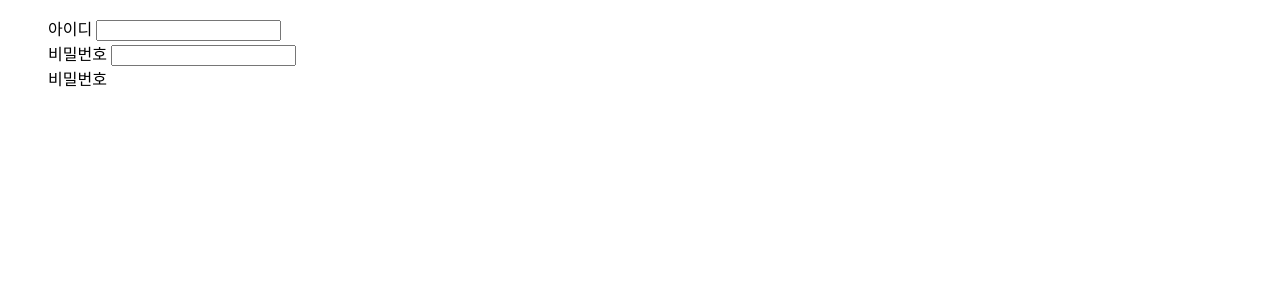
Repository: KyoungHwanJeong/jspworks
Page: http://localhost/jwbook/bean/loginForm_11_21.jsp
The author's editor kept a copy of each file at every save. The page is drawn from the files as they stood at one save, then again after the next save.
The browser window is 1280 px wide. The pictures show the whole page.
The page is served by Tomcat 9. Other server files are loaded and not shown.

Above is the page before, as saved 2023-11-21 03:11:42.

### jwbook/src/main/webapp/bean/loginForm_11_21.jsp
<%@ page language="java" contentType="text/html; charset=UTF-8"
    pageEncoding="UTF-8"%>
<!DOCTYPE html>
<html>
<head>
<meta charset="UTF-8">
<title>로그인 폼</title>
<style type="text/css">
	ul li{list-style: none;}
</style>
</head>
<body>
	<form action="loginProcess.jsp">
		<ul>
			<li>
				<label for="uid">아이디 </label>
				<input type="text" id="uid" name="uid">
			</li>
			<li>
				<label for="passwd">비밀번호 </label>
				<input type="text" id="passwd" name="passwd">
			</li>
			<li>
				<label for="passwd">비밀번호 </label>
			</li>
		</ul>
	</form>
</body>
</html>

After the next save:
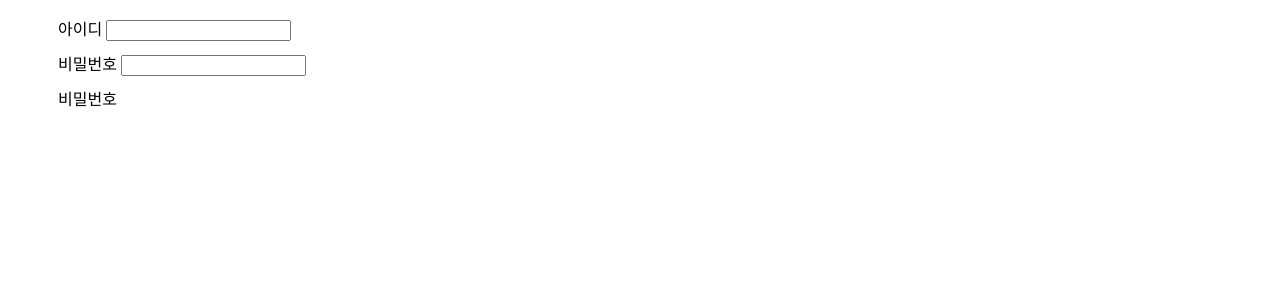
Saved 9 s later.
--- a/jwbook/src/main/webapp/bean/loginForm_11_21.jsp
+++ b/jwbook/src/main/webapp/bean/loginForm_11_21.jsp
@@ -6,7 +6,7 @@
 <meta charset="UTF-8">
 <title>로그인 폼</title>
 <style type="text/css">
-	ul li{list-style: none;}
+	ul li{list-style: none; margin: 10px;}
 </style>
 </head>
 <body>
